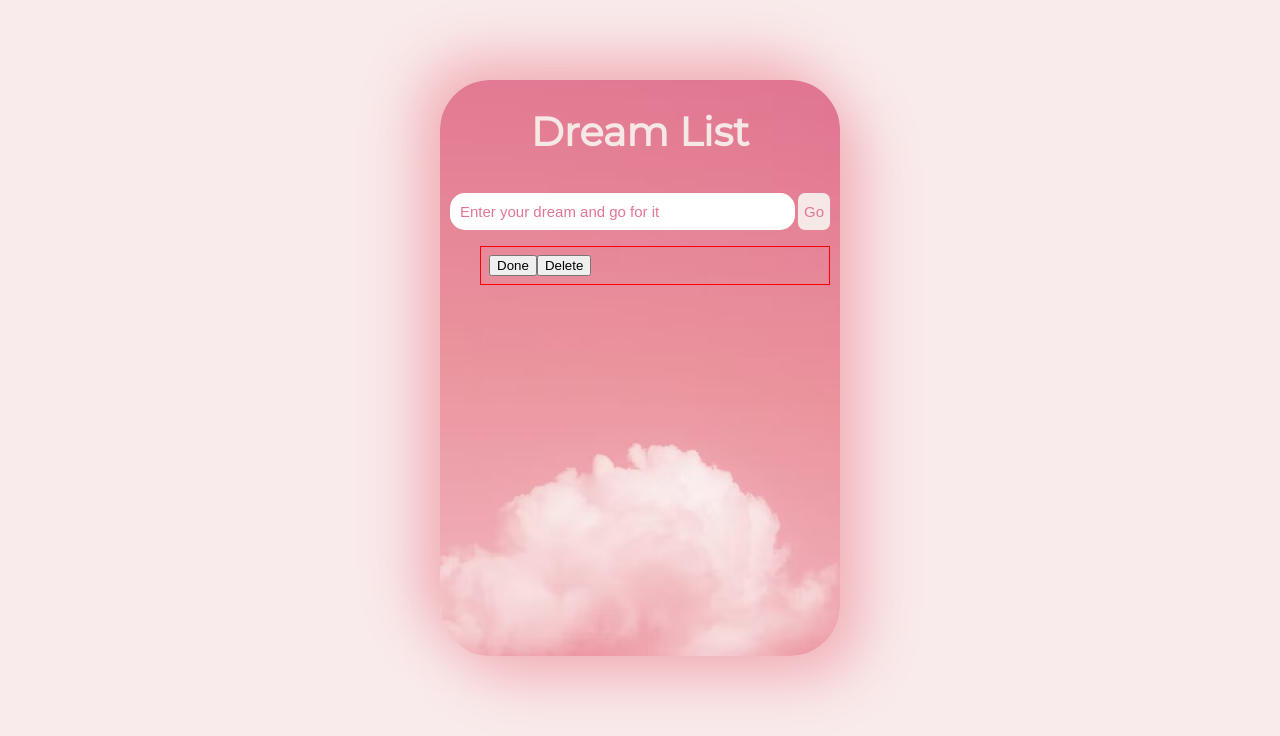
Repository: asya-aisa/grocery-list
Page: /, after clicking the first element matching `button.btn-add`
An editor plug-in stored every save of this project. The page is shown before and after the next save, followed by the edit.
The browser window is 1280 px wide. The pictures show the whole page.
The project was rebuilt for these pictures with package versions that can differ from the ones it lists, and the page was loaded fresh each time.

Above is the page before, as saved 2023-07-14 16:35:36.

### public/index.html
<!DOCTYPE html>
<html lang="en">
  <head>
    <meta charset="utf-8" />
    <link rel="icon" href="%PUBLIC_URL%/favicon.ico" />
    <meta name="viewport" content="width=device-width, initial-scale=1" />
    <meta name="theme-color" content="#000000" />
    <meta
      name="description"
      content="Web site created using create-react-app"
    />
    <link rel="apple-touch-icon" href="%PUBLIC_URL%/logo192.png" />
    <!--
      manifest.json provides metadata used when your web app is installed on a
      user's mobile device or desktop. See https://developers.google.com/web/fundamentals/web-app-manifest/
    -->
    <link rel="manifest" href="%PUBLIC_URL%/manifest.json" />
    <link rel="preconnect" href="https://fonts.googleapis.com">
    <link rel="preconnect" href="https://fonts.gstatic.com" crossorigin>
    <link href="https://fonts.googleapis.com/css2?family=Montserrat:ital@0;1&display=swap" rel="stylesheet">
    <!--
      Notice the use of %PUBLIC_URL% in the tags above.
      It will be replaced with the URL of the `public` folder during the build.
      Only files inside the `public` folder can be referenced from the HTML.

      Unlike "/favicon.ico" or "favicon.ico", "%PUBLIC_URL%/favicon.ico" will
      work correctly both with client-side routing and a non-root public URL.
      Learn how to configure a non-root public URL by running `npm run build`.
    -->
    <title>React App</title>
  </head>
  <body>
    <noscript>You need to enable JavaScript to run this app.</noscript>
    <div id="root"></div>
    <!--
      This HTML file is a template.
      If you open it directly in the browser, you will see an empty page.

      You can add webfonts, meta tags, or analytics to this file.
      The build step will place the bundled scripts into the <body> tag.

      To begin the development, run `npm start` or `yarn start`.
      To create a production bundle, use `npm run build` or `yarn build`.
    -->
  </body>
</html>

### src/App.js

import './App.css';
import { DreamList } from './DreamList';

function App() {
  return (
    <div className="App">
      <div className='container'>
        <h1>Dream List</h1>
      </div>
      <DreamList />
    </div>
  );
}

export default App;

### src/App.css
.App {
  background-image: url(fon-img.jpg);
  background-position: center;
  background-size: cover;
  background-repeat: no-repeat;
  width: 400px;
  min-height: 80vh;
  margin: 80px auto;
  border-radius: 50px;
  box-shadow:  20px 20px 60px #f1b0b8,
             -20px -20px 60px #f1b0b8;
}
body {
  background-color: #f9ebeb;
}
.container {
  display: flex;
  justify-content: center;
}
h1 {
  color:#f6e8e7;
  font-size: 40px;
  font-family: 'Montserrat', sans-serif;
}

input {
  flex: 1;
  padding: 10px;
  font-size: 15px;
  border: none;
  border-radius: 15px;
  outline: none;
  color: #e17692;
}
::placeholder {
  color: #e17692;
}

.container-input {
  display: flex;
  justify-content: center;
  margin: 10px;
}

.btn-add {
  border: none;
  font-size: 15px;
  border-radius: 7px;
  background-color: #f6e8e7;
  color: #e17692;
  margin-left: 3px;
}

.item {
  list-style: none;
  margin-right: 10px;
  padding: 8px;
  border: 1px red solid;
}

### src/DreamList.js
import { Component } from "react";

export class DreamList extends Component {

    state = {
        inputDream: '',
        dreamList: []
    }

    upDateInput(e) {
        this.setState({
            inputDream: e
        })
    }
    AddDream(input) {
        let dreamArray = this.state.dreamList;
        dreamArray.push(input);
        this.setState({dreamList: dreamArray, inputDream: ''})
    }

    DeleteItem(number) {
        let dreamArray = this.state.dreamList;
        dreamArray.splice(number,1);
        this.setState({dreamList: dreamArray})
    }





    render() {
        return <div>
            <div className="container-input">
              <input type="text" placeholder="Enter your dream and go for it"
              onChange={(e) => {this.upDateInput(e.target.value)}}
              value={this.state.inputDream}/>

              <button className="btn-add" onClick={() => this.AddDream(this.state.inputDream)}>Go</button>
            </div>


            <ul>
                {this.state.dreamList.map((item, index) => (
                    <li className="item" key={index}>
                        {item}
                        <button>Done</button>
                        <button onClick={() => this.DeleteItem(index)}>Delete</button>
                    </li>
                ))}
            </ul>
        </div>
    }
}

Loaded but not shown: src/index.js (common file); src/reportWebVitals.js (common file)

After the next save:
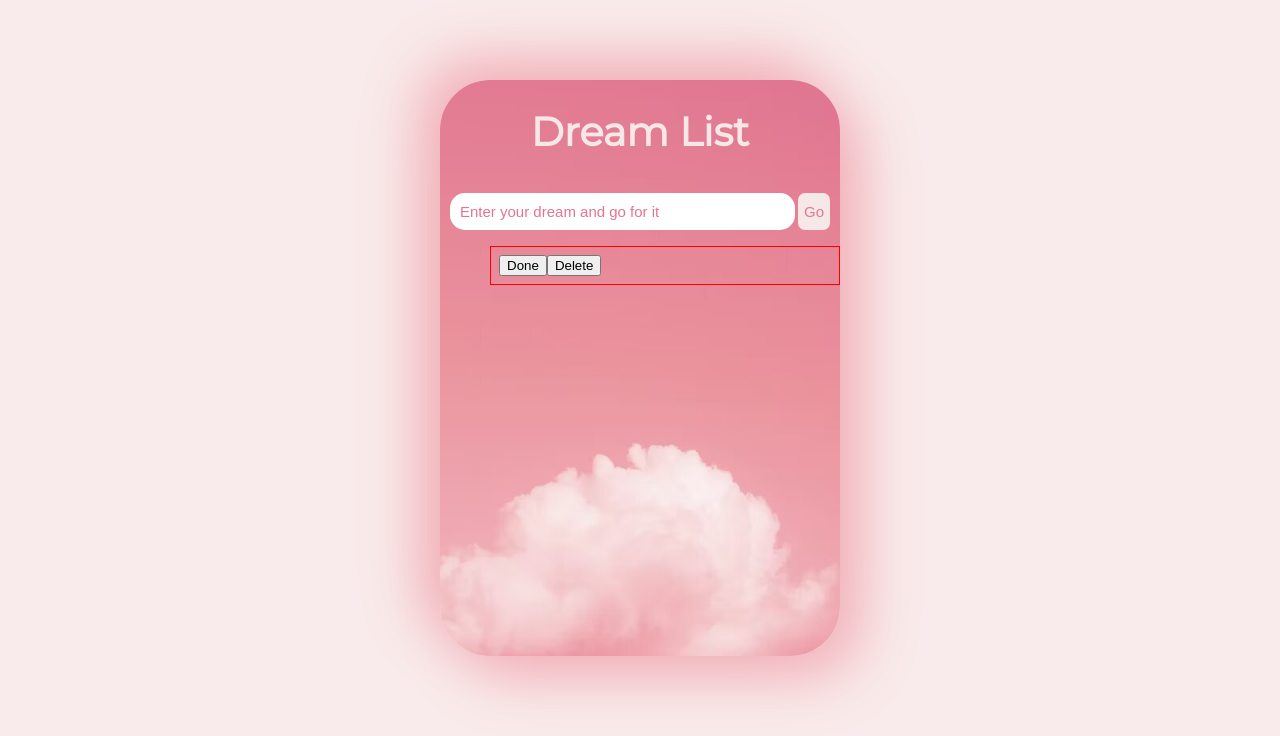
Saved 42 s later.
--- a/src/App.css
+++ b/src/App.css
@@ -53,7 +53,7 @@ input {
 
 .item {
   list-style: none;
-  margin-right: 10px;
+  margin-left: 10px;
   padding: 8px;
   border: 1px red solid;
 }
